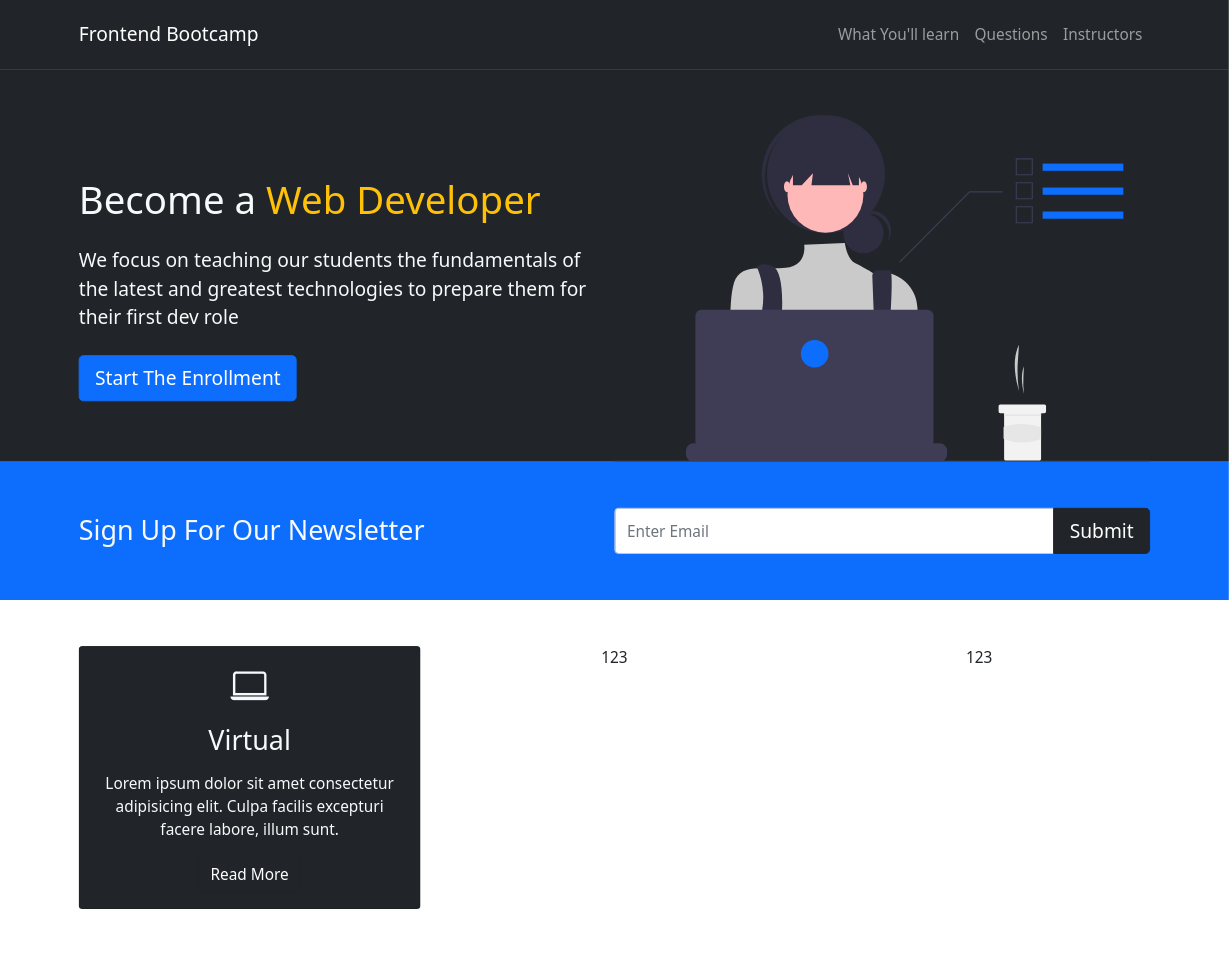
Repository: Marhamat92/Bootstrap5-Responsive-Website-
Page: index.html
These files come from the project's save history. The page is drawn as it stood at one moment and after the next save; the edit follows.
The browser window is 1280 px wide. The pictures show the whole page, at 96% of full size.
Some web libraries are served in a nearby version.

Above is the page before, as saved 2021-09-18 17:23:27.

### index.html
<!DOCTYPE html>
<html lang="en">

<head>
    <meta charset="UTF-8">
    <meta http-equiv="X-UA-Compatible" content="IE=edge">
    <meta name="viewport" content="width=device-width, initial-scale=1.0">
    <link href="https://cdn.jsdelivr.net/npm/bootstrap@5.0.2/dist/css/bootstrap.min.css" rel="stylesheet"
        integrity="sha384-EVSTQN3/azprG1Anm3QDgpJLIm9Nao0Yz1ztcQTwFspd3yD65VohhpuuCOmLASjC" crossorigin="anonymous">
    <link rel="stylesheet" href="https://cdn.jsdelivr.net/npm/bootstrap-icons@1.3.0/font/bootstrap-icons.css">
    <link rel="stylesheet" href="style.css">
    <title>Frontend Bootcamp</title>

</head>

<body>
    <!--Navbar-->
    <nav class="navbar navbar-expand-lg bg-dark navbar-dark py-3">
        <div class="container">
            <a href="#" class="navbar-brand">Frontend Bootcamp</a>
            <button class="navbar-toggler" type="button" data-bs-toggle="collapse" data-bs-target="#navmenu">
                <span class="navbar-toggler-icon"></span>
            </button>
            <div class="collapse navbar-collapse" id="navmenu">
                <ul class="navbar-nav ms-auto">
                    <li class="nav-item">
                        <a href="#learn" class="nav-link">What You'll learn</a>
                    </li>
                    <li class="nav-item">
                        <a href="#questions" class="nav-link">Questions</a>
                    </li>
                    <li class="nav-item">
                        <a href="#instructors" class="nav-link">Instructors</a>
                    </li>
                </ul>
            </div>
        </div>
    </nav>

    <!--Showcase-->

    <section class="bg-dark text-light p-5 p-lg-0 pt-lg-5 text-center text-sm-start">
        <div class="container">
            <div class="d-sm-flex align-items-center justify-content-between">
                <div>
                    <h1>Become a <span class="text-warning">Web Developer</span> </h1>
                    <p class="lead my-4">We focus on teaching our students the fundamentals of the latest and
                        greatest technologies to prepare them for their first dev role
                    </p>
                    <button class="btn btn-primary btn-lg">Start The Enrollment</button>
                </div>
                <img class="img-fluid w-50 d-none d-sm-block" src="img/showcase.svg" alt="showcase">
            </div>
        </div>
    </section>


    <!--Newsletter-->
    <section class=" bg-primary text-light p-5">
        <div class="container">
            <div class="d-md-flex justify-content-between align-items-center">
                <h3 class="mb-3 mb-md-0">Sign Up For Our Newsletter</h3>
                <div class="input-group news-input">
                    <input type="text" class="form-control" placeholder="Enter Email">
                    <button class="btn btn-dark btn-lg" type="button">Submit</button>
                </div>

            </div>
        </div>
    </section>

    <!--Boxes-->
    <section class="p-5">
        <div class="container">
            <div class="row text-center">
                <div class="col-md">
                    <div class="card bg-dark text-light">
                        <div class="card-body text-center">
                            <div class="h1 mb-3"><i class="bi bi-laptop"></i>
                            </div>
                            <h3 class="title mb-3">Virtual</h3>
                            <p class="card-text">
                                Lorem ipsum dolor sit amet consectetur adipisicing elit. Culpa facilis excepturi facere labore, illum sunt.
                            </p>
                            <a href="#" class="btn btn-dark">Read More</a>
                        </div>
                    </div>
                </div>
                <div class="col-md">123</div>
                <div class="col-md">123</div>
            </div>
        </div>
    </section>






















    <script src="https://cdn.jsdelivr.net/npm/bootstrap@5.0.2/dist/js/bootstrap.bundle.min.js"
        integrity="sha384-MrcW6ZMFYlzcLA8Nl+NtUVF0sA7MsXsP1UyJoMp4YLEuNSfAP+JcXn/tWtIaxVXM" crossorigin="anonymous">
    </script>
</body>

</html>

### style.css
@media (min-width:768px) {
    .news-input{
        width:50%;
    }
}

After the next save:
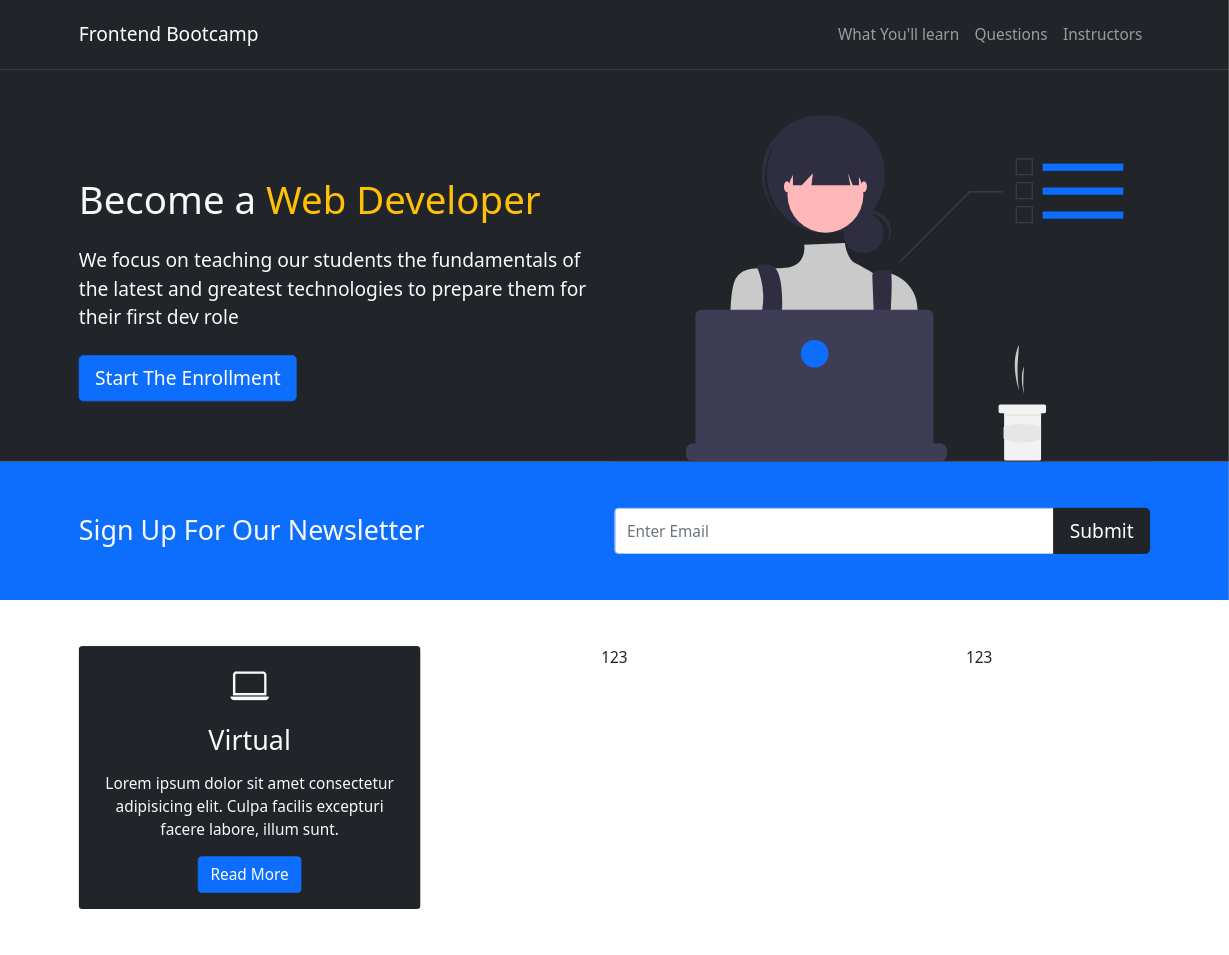
Saved 21 s later.
--- a/index.html
+++ b/index.html
@@ -82,7 +82,7 @@
                             <p class="card-text">
                                 Lorem ipsum dolor sit amet consectetur adipisicing elit. Culpa facilis excepturi facere labore, illum sunt.
                             </p>
-                            <a href="#" class="btn btn-dark">Read More</a>
+                            <a href="#" class="btn btn-primary">Read More</a>
                         </div>
                     </div>
                 </div>
